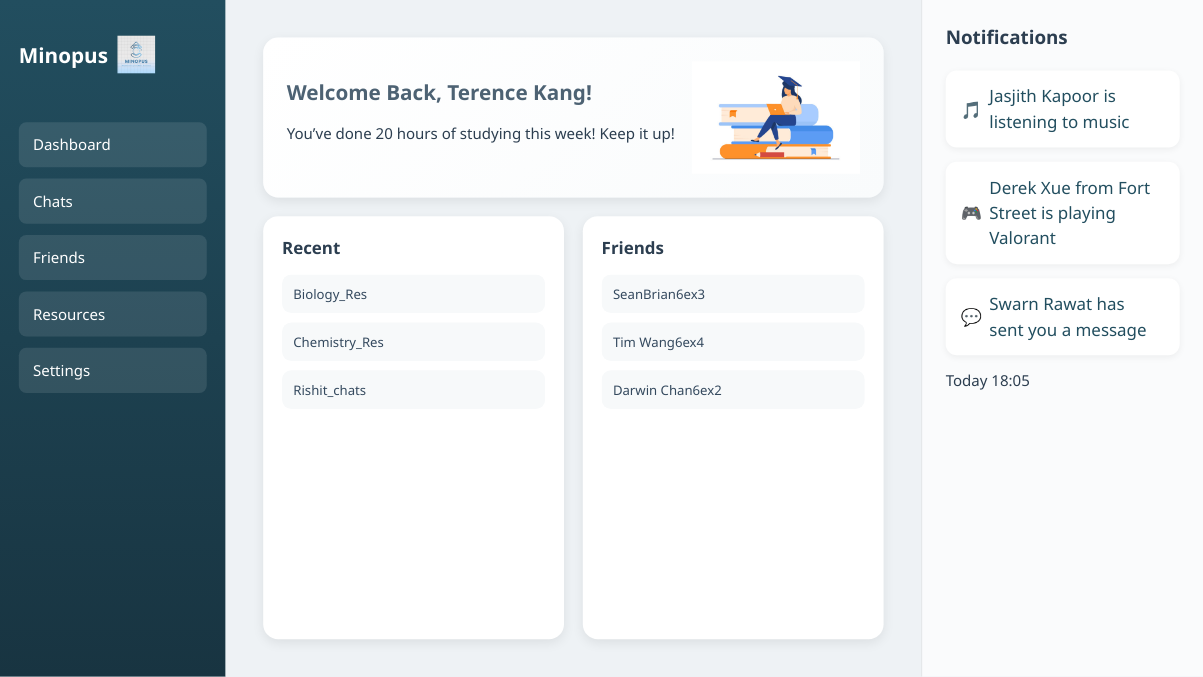
Repository: AUTemmie/Assessment-Task-3
Page: http://localhost/
An editor plug-in stored every save of this project. The page is shown before and after the next save, followed by the edit.
The browser window is 1280 px wide. The pictures show the whole page, at 94% of full size.
The page is served by the project's application, run on Flask 3 (main.py). Other server files are loaded and not shown.

Above is the page before, as saved 2025-09-25 12:00:58.

### templates/index.html
{% extends 'layout.html' %} {% block content %}
<section class="welcome-card">
  <div>
    <h2>Welcome Back, Terence Kang!</h2>
    <p>You’ve done 20 hours of studying this week! Keep it up!</p>
  </div>
  <img
    src="../static/images/WomanStudying.jpg"
    alt="Studying"
    style="height: 120px"
  />
</section>

<div class="card-grid">
  <div class="card">
    <h3>Recent</h3>
    <ul>
      <li>Biology_Res</li>
      <li>Chemistry_Res</li>
      <li>Rishit_chats</li>
    </ul>
  </div>

  <div class="card">
    <h3>Friends</h3>
    <ul>
      <li>SeanBrian6ex3</li>
      <li>Tim Wang6ex4</li>
      <li>Darwin Chan6ex2</li>
    </ul>
  </div>
</div>
{% endblock %}

### templates/layout.html
<!DOCTYPE html>
<html lang="en">
  <head>
    <meta charset="UTF-8" />
    <meta name="viewport" content="width=device-width, initial-scale=1.0" />
    <meta http-equiv="X-UA-Compatible" content="ie=edge" />
    <meta http-equiv="Content-Security-Policy" content="script-src 'self';" />
    <link
      rel="stylesheet"
      href="{{ url_for('static', filename='css/style.css') }}"
    />
    <link
      rel="icon"
      type="image/x-icon"
      href="{{ url_for('static', filename='images/Favicon.png') }}"
    />
    <title>{% block title %}Minopus{% endblock %}</title>
  </head>
  <body class="theme-red {% if hide_layout %}no-sidebars{% endif %}">
    <div class="dashboard-grid">
      {% if not hide_layout %}
      <!-- Left Sidebar -->
      {% include "partials/sidebar.html" %} {% endif %}

      <!-- Main Content -->
      <main class="main-panel">{% block content %}{% endblock %}</main>

      {% if not hide_layout %}
      <!-- Right Sidebar -->
      {% include "partials/notifications.html" %} {% endif %}
    </div>

    <script src="{{ url_for('static', filename='js/app.js') }}"></script>
  </body>
</html>

### templates/partials/sidebar.html
<aside class="sidebar" aria-label="Main Navigation">
  <h2 class="logo">
    Minopus
    <img
      src="{{ url_for('static', filename='images/Favicon.png') }}"
      alt="Minopus logo"
      width="40"
      height="40"
    />
  </h2>

  <nav class="sidebar-nav">
    <ul>
      <li><a href="/">Dashboard</a></li>
      <li><a href="/chat">Chats</a></li>
      <li><a href="/friends">Friends</a></li>
      <li><a href="/resources">Resources</a></li>
      <li><a href="/settings">Settings</a></li>
    </ul>
  </nav>
</aside>

### templates/partials/notifications.html
<aside class="notifications" aria-label="User Notifications">
  <h2>Notifications</h2>
  <ul class="notification-list">
    <li>
      <span class="icon">🎵</span>
      <span class="text">Jasjith Kapoor is listening to music</span>
    </li>
    <li>
      <span class="icon">🎮</span>
      <span class="text">Derek Xue from Fort Street is playing Valorant</span>
    </li>
    <li>
      <span class="icon">💬</span>
      <span class="text">Swarn Rawat has sent you a message</span>
    </li>
  </ul>
  <footer class="timestamp">Today 18:05</footer>
</aside>

### main.py
from flask import Flask
from flask import render_template
from flask import request
import database_manager as dbHandler
from flask import redirect


app = Flask(__name__)


@app.route("/", methods=["GET", "POST"])
@app.route("/index.html", methods=["GET"])
def index():
    return render_template("index.html")


@app.route("/chat")
def chat():
    return render_template("chat.html")


@app.route("/friends")
def friends():
    return render_template("friends.html")


@app.route("/resources")
def resources():
    return render_template("resource.html")


@app.route("/settings")
def settings():
    return render_template("settings.html")


@app.route("/Login", methods=["GET", "POST"])
def login():
    if request.method == "POST":
        username = request.form["username"]
        password = request.form["password"]

        if username == "admin" and password == "password":
            return redirect("/")
        else:
            error = "Invalid username or password"
            # pass hide_layout=True
            return render_template("Login.html", error=error, hide_layout=True)

    # GET request
    return render_template("Login.html", hide_layout=True)


if __name__ == "__main__":
    app.run(debug=True, host="0.0.0.0", port=5000)

### static/css/style.css
/* Reset + Base */
body {
  margin: 0;
  font-family: "Segoe UI", sans-serif;
  background-color: #eef2f5;
  color: #2c3e50;
  line-height: 1.5;
}

/* Grid Layout */
.dashboard-grid {
  display: grid;
  grid-template-columns: 240px 1fr 300px;
  grid-template-rows: 100vh;
  overflow: hidden;
}

/* Sidebar */
.sidebar {
  background: linear-gradient(180deg, #224e5f, #183441);
  color: #fff;
  padding: 20px;
  display: flex;
  flex-direction: column;
}

.sidebar .logo {
  display: flex;
  align-items: center;
  gap: 10px;
  font-size: 22px;
  font-weight: bold;
  margin-bottom: 40px;
}

.sidebar ul {
  list-style: none;
  padding: 0;
  margin: 0;
}

.sidebar li {
  margin: 12px 0;
}

.sidebar a {
  display: block;
  padding: 12px 15px;
  border-radius: 8px;
  text-decoration: none;
  background: rgba(255, 255, 255, 0.1);
  color: #fff;
  font-weight: 500;
  transition: 0.25s ease;
}

.sidebar a:hover {
  background: rgba(255, 255, 255, 0.25);
}

/* Main Panel */
.main-panel {
  display: flex;
  flex-direction: column;
  padding: 40px;
  background-color: #eef2f5;
  height: 100vh;
  box-sizing: border-box;
  overflow: hidden;
}

.main-panel h1 {
  margin: 0 0 20px;
  font-size: 28px;
  font-weight: 600;
}

.main-panel h2 {
  margin-top: 0;
  font-size: 20px;
  font-weight: 500;
  color: #4d6273;
}

/* Welcome Card */
.welcome-card {
  background: linear-gradient(135deg, #ffffff, #f9fbfc);
  border-radius: 16px;
  padding: 25px;
  margin-bottom: 20px;
  display: flex;
  align-items: center;
  justify-content: space-between;
  box-shadow: 0 4px 12px rgba(0, 0, 0, 0.08);
}

.welcome-card h2 {
  margin: 0;
  font-size: 22px;
  font-weight: 600;
}

/* Card Grid */
.card-grid {
  display: grid;
  grid-template-columns: 1fr 1fr;
  gap: 20px;
  flex: 1;
  min-height: 0;
}

/* Cards */
.card {
  background: #fff;
  border-radius: 16px;
  padding: 20px;
  box-shadow: 0 4px 12px rgba(0, 0, 0, 0.08);
  display: flex;
  flex-direction: column;
  height: 100%;
  box-sizing: border-box;
}

.card h3 {
  margin: 0 0 15px;
  font-size: 18px;
  font-weight: 600;
}

.card ul {
  list-style: none;
  padding: 0;
  margin: 0;
  flex: 1;
  overflow-y: auto;
}

.card li {
  margin-bottom: 10px;
  background: #f7f9fa;
  padding: 10px 12px;
  border-radius: 10px;
  font-size: 14px;
  color: #34495e;
}

/* Notifications */
.notifications {
  background: #fafbfc;
  padding: 25px;
  border-left: 1px solid #e0e4e7;
  display: flex;
  flex-direction: column;
  overflow-y: auto;
}

.notifications h2 {
  margin: 0 0 20px;
  font-size: 20px;
  font-weight: 600;
}

.notifications ul {
  list-style: none;
  padding: 0;
  margin: 0;
}

.notifications li {
  margin-bottom: 15px;
  background: #fff;
  padding: 14px 16px;
  border-radius: 12px;
  display: flex;
  align-items: center;
  justify-content: space-between;
  font-size: 14px;
  box-shadow: 0 2px 8px rgba(0, 0, 0, 0.06);
  transition: transform 0.2s ease;
}

.notifications li:hover {
  transform: translateY(-3px);
}

.notifications span {
  margin-right: 8px;
  font-size: 18px;
  color: #224e5f;
}

.chat-container {
  display: flex;
  flex-direction: column;
  height: 100%;
  background: #fff;
  border-radius: 12px;
  box-shadow: 0 4px 12px rgba(0, 0, 0, 0.08);
  padding: 20px;
}

.chat-box {
  flex: 1;
  overflow-y: auto;
  padding-right: 10px;
  margin-bottom: 15px;
}

.message {
  max-width: 70%;
  margin: 8px 0;
  padding: 10px 14px;
  border-radius: 12px;
  font-size: 14px;
  position: relative;
}

.message.sent {
  background: #224e5f;
  color: #fff;
  margin-left: auto;
  border-bottom-right-radius: 4px;
}

.message.received {
  background: #f1f3f5;
  color: #2c3e50;
  margin-right: auto;
  border-bottom-left-radius: 4px;
}

.message .time {
  display: block;
  font-size: 11px;
  color: #777;
  margin-top: 4px;
}

.chat-input {
  display: flex;
  gap: 10px;
}

.chat-input input {
  flex: 1;
  padding: 12px;
  border-radius: 8px;
  border: 1px solid #ccc;
  font-size: 14px;
}

.chat-input button {
  background: #224e5f;
  color: #fff;
  border: none;
  padding: 12px 18px;
  border-radius: 8px;
  cursor: pointer;
  transition: 0.2s ease;
}

.chat-input button:hover {
  background: #1a3b48;
}

.login-container {
  max-width: 400px;
  margin: auto;
  background: #fff;
  padding: 30px;
  border-radius: 16px;
  box-shadow: 0 4px 12px rgba(0, 0, 0, 0.08);
  text-align: center;
}

.login-container h2 {
  margin-bottom: 20px;
  font-size: 24px;
  font-weight: 600;
  color: #224e5f;
}

.form-group {
  text-align: left;
  margin-bottom: 15px;
}

.form-group label {
  display: block;
  margin-bottom: 6px;
  font-size: 14px;
  font-weight: 500;
  color: #2c3e50;
}

.form-group input {
  width: 100%;
  padding: 12px;
  border-radius: 8px;
  border: 1px solid #ccc;
  font-size: 14px;
  box-sizing: border-box;
}

button[type="submit"] {
  width: 100%;
  padding: 12px;
  background: #224e5f;
  color: #fff;
  border: none;
  border-radius: 8px;
  font-size: 16px;
  font-weight: 500;
  cursor: pointer;
  transition: 0.25s ease;
}

button[type="submit"]:hover {
  background: #1a3b48;
}

.error {
  color: red;
  font-size: 14px;
  margin-bottom: 15px;
}

.signup-link {
  margin-top: 15px;
  font-size: 14px;
}
.signup-link a {
  color: #224e5f;
  text-decoration: none;
  font-weight: 500;
}
.signup-link a:hover {
  text-decoration: underline;
}

/* Hide sidebars when layout is disabled */
body.no-sidebars .dashboard-grid {
  grid-template-columns: 1fr; /* Collapse to single column */
}

body.no-sidebars .sidebar,
body.no-sidebars .notifications {
  display: none !important;
}

.friends-list {
  list-style: none;
  padding: 0;
  margin-top: 20px;
}

.friend {
  background: #fff;
  padding: 16px 20px;
  margin-bottom: 12px;
  border-radius: 12px;
  box-shadow: 0 2px 6px rgba(0, 0, 0, 0.05);
  font-size: 15px;
  color: #2c3e50;
  display: flex;
  align-items: center;
  gap: 12px;
}

.status-icon {
  font-size: 18px;
}

.friend .status {
  float: right;
  font-weight: bold;
}

.friend.online .status {
  color: #2ecc71; /* green */
}

.friend.offline .status {
  color: #e74c3c; /* red */
}

/* Status icons (Discord-style) */
.status-icon {
  display: inline-block;
  width: 14px;
  height: 14px;
  border-radius: 50%;
  margin-right: 10px;
  vertical-align: middle;
  border: 2px solid #fff; /* small white border around circle */
}

.friend.online .status-icon {
  background-color: #43b581; /* Discord green */
}

.friend.offline .status-icon {
  background-color: #747f8d; /* Discord grey */
}

.friend-search {
  width: 100%;
  padding: 10px 14px;
  margin-bottom: 15px;
  border: 1px solid #ccc;
  border-radius: 8px;
  font-size: 14px;
  box-sizing: border-box;
}

.friend-search:focus {
  outline: none;
  border-color: #224e5f;
  box-shadow: 0 0 5px rgba(34, 78, 95, 0.4);
}

/* Page wrapper */
.settings-page {
  padding: 20px;
  font-family: "Segoe UI", sans-serif;
  color: #2c3e50;
}

/* Title */
.page-title {
  margin-bottom: 20px;
}

/* Settings panel */
.settings-content {
  background: #ffffff;
  border-radius: 12px;
  padding: 25px;
  box-shadow: 0 2px 6px rgba(0, 0, 0, 0.1);
  max-width: 600px;
}

/* Section title */
.settings-content h3 {
  margin-bottom: 20px;
}

/* Form */
.settings-form {
  display: flex;
  flex-direction: column;
  gap: 18px;
}

.settings-form label {
  display: flex;
  flex-direction: column;
  font-size: 14px;
  color: #34495e;
}

.settings-form input {
  padding: 10px;
  margin-top: 6px;
  border: 1px solid #dcdde1;
  border-radius: 8px;
  outline: none;
}

.settings-form input:focus {
  border-color: #3498db;
}

/* Button */
.save-btn {
  padding: 12px;
  border: none;
  border-radius: 8px;
  background: #3498db;
  color: #fff;
  font-weight: bold;
  cursor: pointer;
  transition: background 0.2s;
}

.save-btn:hover {
  background: #2980b9;
}

.logout-link {
  display: inline-block;
  margin-top: 15px;
  color: #fff;
  background-color: #e74c3c;
  padding: 8px 12px;
  text-decoration: none;
  border-radius: 4px;
}

.logout-link:hover {
  background-color: #c0392b;
}

.resources-container {
  display: flex;
  gap: 20px;
  flex-wrap: wrap;
  margin-top: 20px;
}

.resource-card {
  background-color: #f5f7fa;
  padding: 20px;
  border-radius: 10px;
  flex: 1 1 250px; /* responsive cards */
  box-shadow: 0 4px 6px rgba(0, 0, 0, 0.1);
}

.resource-card h3 {
  margin-top: 0;
  color: #2c3e50;
}

.resource-card p {
  color: #34495e;
  margin-bottom: 15px;
}

.resource-link {
  display: inline-block;
  text-decoration: none;
  background-color: #3498db;
  color: white;
  padding: 8px 12px;
  border-radius: 5px;
}

.resource-link:hover {
  background-color: #2980b9;
}

### static/js/app.js
if ("serviceworker" in navigator) {
  window.addEventListener("load", function () {
    navigator.serviceworker
      .register("static/js/serviceworker.js")
      .then((res) => console.log("service worker registered"))
      .catch((err) => console.log("service worker not registered", err));
  });
}

After the next save:
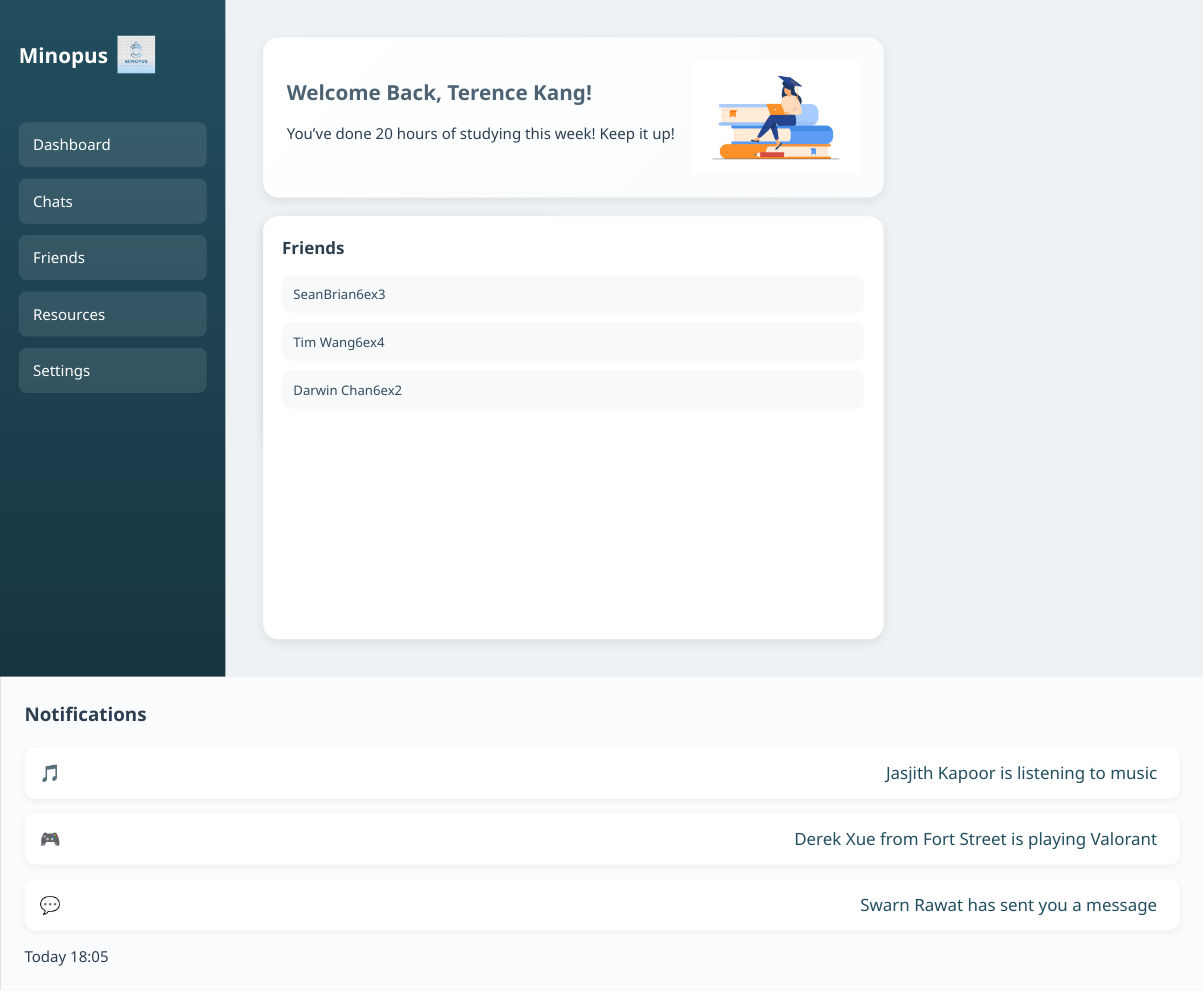
Saved 112 s later.
--- a/templates/index.html
+++ b/templates/index.html
@@ -15,11 +15,13 @@
   <div class="card">
     <h3>Recent</h3>
     <ul>
-      <li>Biology_Res</li>
-      <li>Chemistry_Res</li>
+      <li><a href="{{ url_for('resources') }}#biology">Biology_Res</a></li>
+      <li><a href="{{ url_for('resources') }}#chemistry">Chemistry_Res</a></li>
       <li>Rishit_chats</li>
     </ul>
   </div>
+</div>
+
 
   <div class="card">
     <h3>Friends</h3>

After the save that followed:
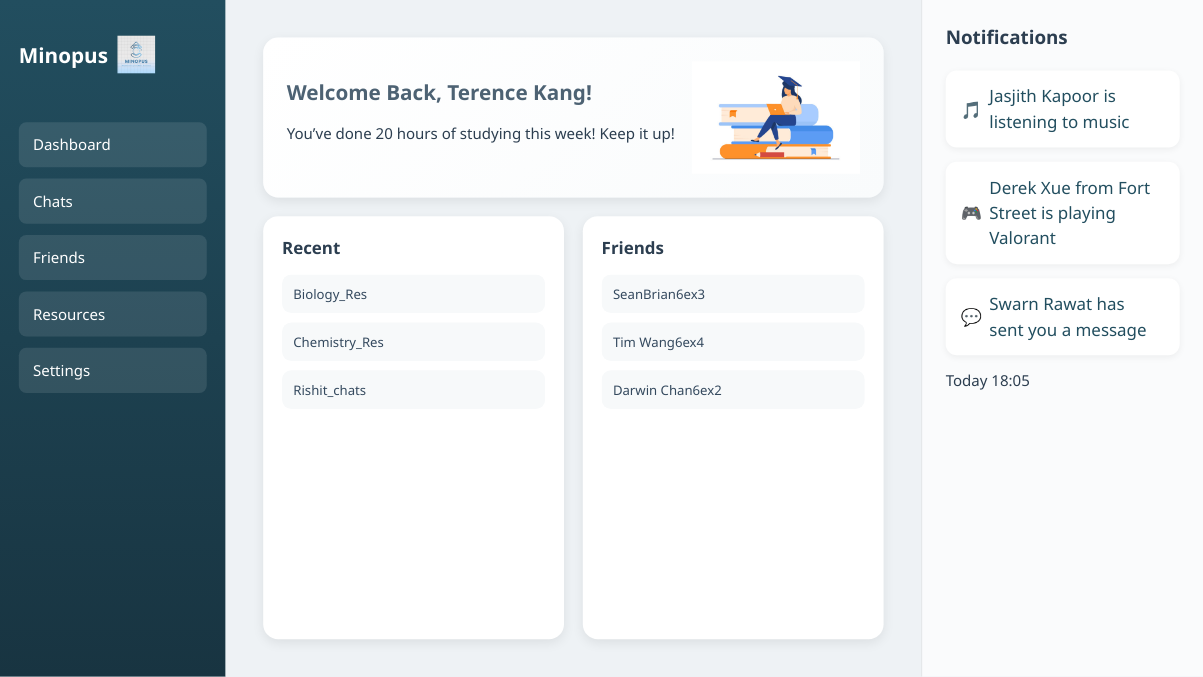
Saved 30 s later.
--- a/templates/index.html
+++ b/templates/index.html
@@ -15,13 +15,11 @@
   <div class="card">
     <h3>Recent</h3>
     <ul>
-      <li><a href="{{ url_for('resources') }}#biology">Biology_Res</a></li>
-      <li><a href="{{ url_for('resources') }}#chemistry">Chemistry_Res</a></li>
+      <li>Biology_Res</li>
+      <li>Chemistry_Res</li>
       <li>Rishit_chats</li>
     </ul>
   </div>
-</div>
-
 
   <div class="card">
     <h3>Friends</h3>
